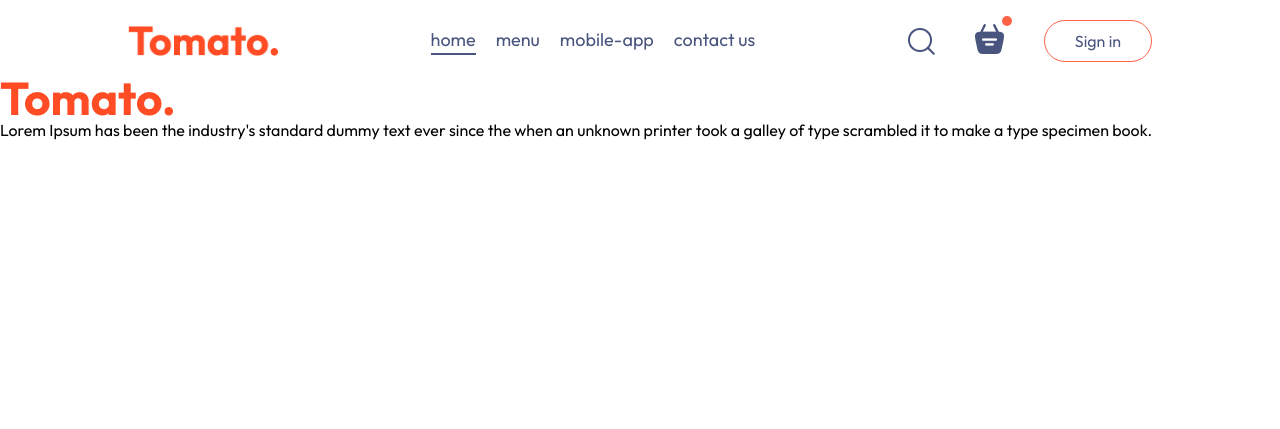
Repository: KartikChouhan03/food-delivery-app
Page: /cart (app in frontend/)
These files come from the project's save history. The page is drawn as it stood at one moment and after the next save; the edit follows.
The browser window is 1280 px wide. The pictures show the whole page.
Some web fonts or font styles are not loaded; a fallback is used. The project was rebuilt for these pictures with package versions that can differ from the ones it lists, and the page was loaded fresh each time. Also part of the build but not shown: frontend/vite.config.js, frontend/src/components/Header/Header.css, frontend/src/components/Header/Header.jsx, frontend/src/components/ExploreMenu/ExploreMenu.css, frontend/src/components/ExploreMenu/ExploreMenu.jsx, frontend/src/components/FoodDisplay/FoodDisplay.css, frontend/src/components/FoodItem/FoodItem.css, frontend/src/components/FoodItem/FoodItem.jsx and 6 more.

Above is the page before, as saved 2025-08-16 01:16:01.

After the next save:
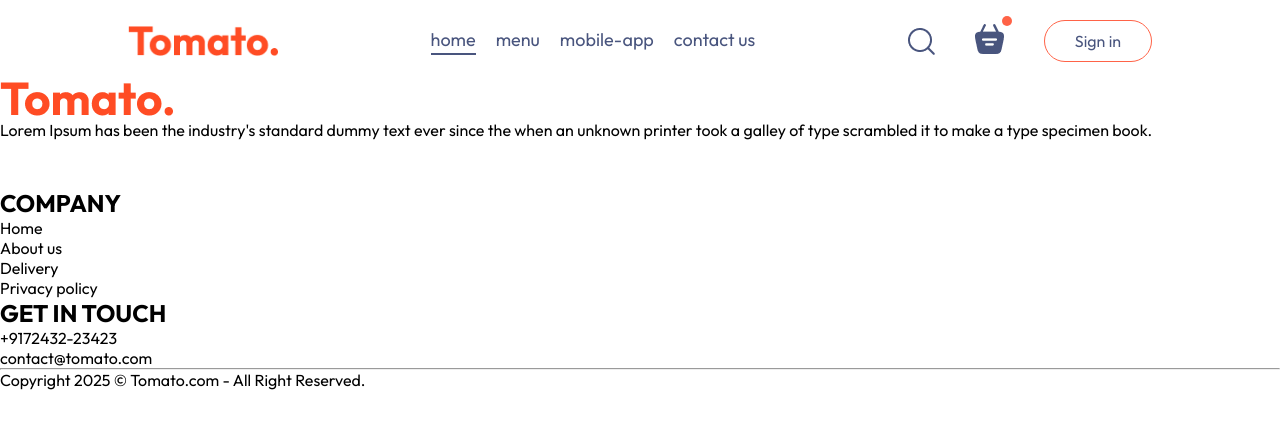
Saved 5 min 32 s later.
--- a/frontend/src/components/Footer/Footer.jsx
+++ b/frontend/src/components/Footer/Footer.jsx
@@ -16,12 +16,23 @@ const Footer = () => {
             </div>
         </div>
         <div className='footer-content-center'>
-
+            <h2>COMPANY</h2>
+            <ul>
+                <li>Home</li>
+                <li>About us</li>
+                <li>Delivery</li>
+                <li>Privacy policy</li>
+            </ul>
         </div>
         <div className="footer-content-right">
-
+            <h2>GET IN TOUCH</h2>
+            <ul>
+                <li>+9172432-23423</li>
+                <li>contact@tomato.com</li>
+            </ul>
         </div>
-
+        <hr />
+        <p className='footer-copyright'>Copyright 2025 © Tomato.com - All Right Reserved.</p>
       </div>
     </div>
   )
